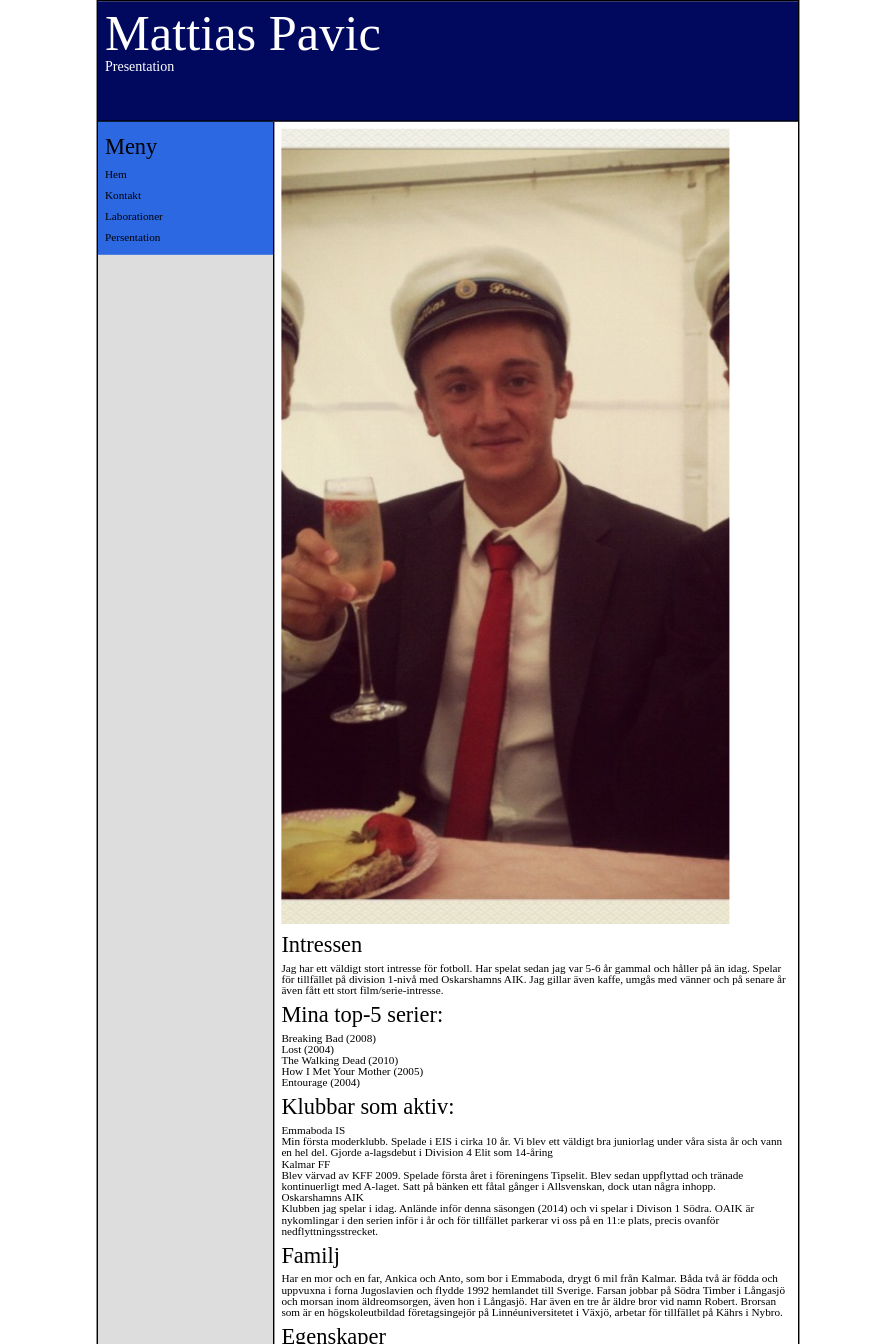
Repository: mp222sf/1ik415-laborationer
Page: pages/presentation.html
The author's editor kept a record of every edit. The page is drawn from the files as they stood at one moment, then again after the next edit.
The browser window is 1280 px wide. The pictures show the part of the page from y = 0 to 1920 px (the page is 2623 px tall), at 70% of full size.

Above is the page before.

After the next edit:
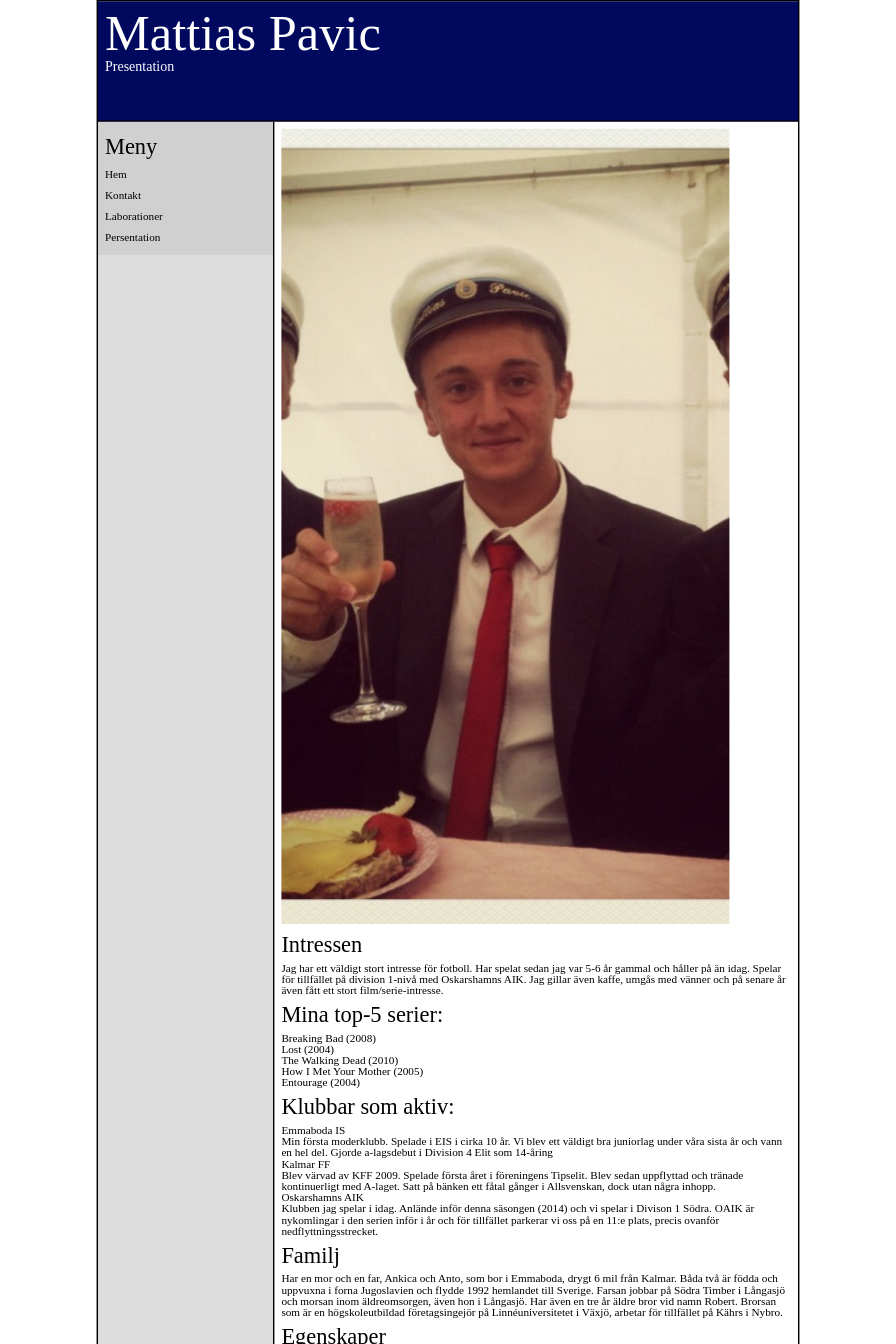
The edit:
--- a/css/style.css
+++ b/css/style.css
@@ -94,7 +94,7 @@
 
 #navigation {
     line-height:30px;
-    background-color:#2B68E1;
+    background-color:#D0D0D0;
     width:230px;
     float:left;
     padding:10px;
